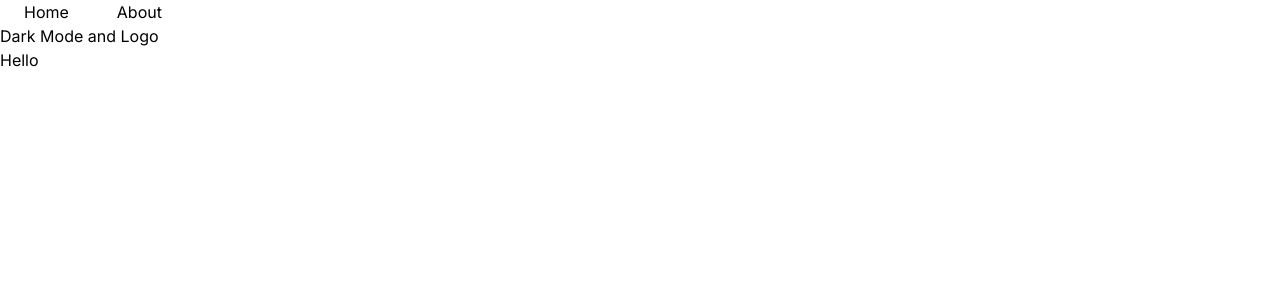
Repository: Tan28-art/Next-JS-Movie-Site
Page: / (app in starter/)
An editor plug-in stored every save of this project. The page is shown before and after a run of saves, followed by the edit.
The browser window is 1280 px wide. The pictures show the whole page.
The project was rebuilt for these pictures with package versions that can differ from the ones it lists, and the page was loaded fresh each time. The framework's server and built-in components were replaced by stand-ins that run in the browser. Also part of the build but not shown: starter/next.config.mjs.

Above is the page before, as saved 2024-07-12 13:56:36.

### starter/app/layout.tsx
import type { Metadata } from "next";
import { Inter } from "next/font/google";
import "./globals.css";
import Header from "@/components/header";
import MenuItem from "@/components/MenuItem";


const inter = Inter({ subsets: ["latin"] });

export const metadata: Metadata = {
  title: "Movie App",
  description: "Movie Search App",
};

export default function RootLayout({
  children,
}: Readonly<{
  children: React.ReactNode;
}>) {
  return (
    <html lang="en">
      <body className={inter.className}>
        <Header />
        {children}
      </body>
    </html>
  );
}

### starter/app/page.tsx
import React from 'react'

export default function page() {
  return (
    <div>
      Hello
    </div>
  )
}

### starter/components/header.tsx
import React from 'react'
import MenuItem from './MenuItem'
import { TiHome } from "react-icons/ti";

export default function Header() {
  return (
    <div>
      <div className="">
        <MenuItem title="Home" Icon={TiHome} address = "/" />
        <MenuItem title="About" Icon="home" address = "/about" />
      </div>
      <div className="">
        Dark Mode and Logo
      </div>
    </div>
  )
}

### starter/components/MenuItem.tsx
import Link from 'next/link';
import React from 'react'

interface MenuItemProps {
    title: string;
    Icon: any;
    address: string;
  }


export default function MenuItem({ title, Icon, address }: MenuItemProps) {
  return (
    <Link href={address} className="mx-4 lg:mx-6 hover:text-amber-600" style={{height: 40}}>{title}
    </Link>
  )
}

Loaded but not shown: starter/app/globals.css (common file); starter/tailwind.config.ts (common file)

After the next 2 saves:
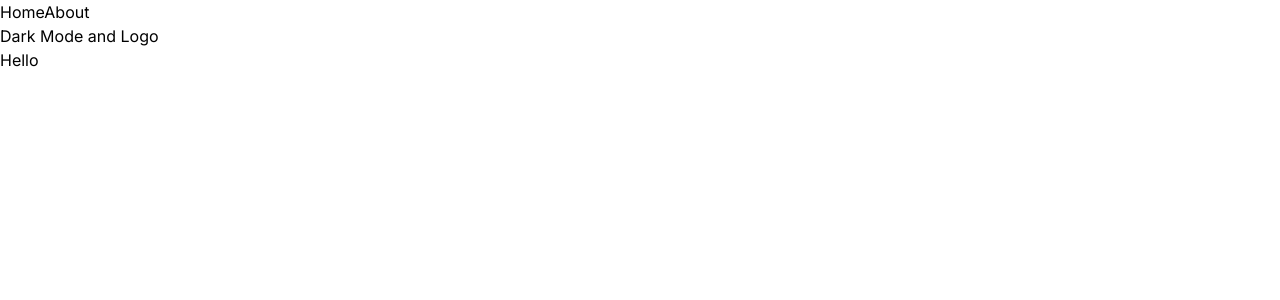
The 2 saves are shown as one change because they came seconds apart.
The last was saved 71 s later.
--- a/starter/components/MenuItem.tsx
+++ b/starter/components/MenuItem.tsx
@@ -10,7 +10,7 @@ interface MenuItemProps {
 
 export default function MenuItem({ title, Icon, address }: MenuItemProps) {
   return (
-    <Link href={address} className="mx-4 lg:mx-6 hover:text-amber-600" style={{height: 40}}>{title}
+    <Link href={address} style={{height: 40}}>{title}
     </Link>
   )
 }
